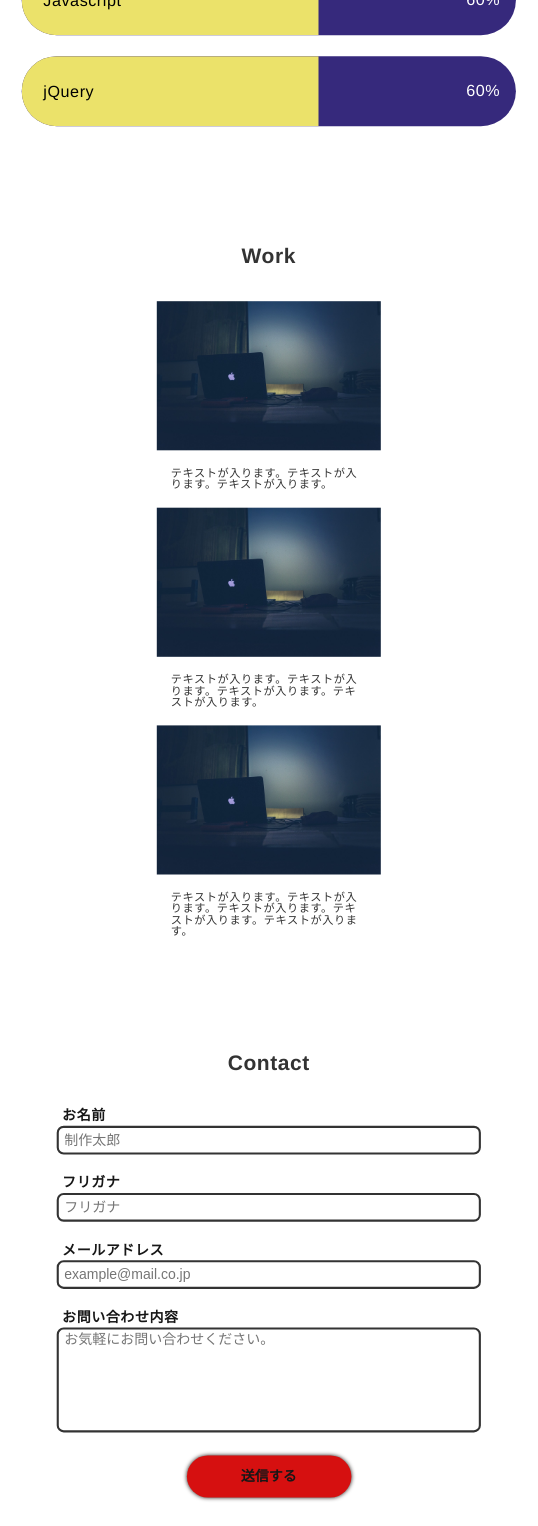
Repository: sadayuki15/portfolio
Page: index.html
An editor plug-in stored every save of this project. The page is shown before and after a run of saves, followed by the edit.
The browser window is 768 px wide. The pictures show the part of the page from y = 2635 to 4875 px (the page is 4815 px tall before and 4875 px after), at 70% of full size.

Above is the page before, as saved 2021-04-26 15:20:00.

### index.html
<!DOCTYPE html>
<html lang="ja">
<head>
  <meta charset="UTF-8">
  <meta http-equiv="X-UA-Compatible" content="IE=edge">
  <meta name="viewport" content="width=device-width, initial-scale=1.0">
  <link rel="stylesheet" href="./css/reset.css">
  <link rel="stylesheet" href="./css/style.css">
  <title>Document</title>
</head>
<body>
  <!-- header -->
  <header class="header">
    <div class="header-inner">
      <h1 class="header-title">PortFolio</h1>
      <nav class="header-nav">
        <ul class="nav-list">
          <li class="nav-item"><a href="#">Home</a></li>
          <li class="nav-item"><a href="#">About</a></li>
          <li class="nav-item"><a href="#">Skil</a></li>
          <li class="nav-item"><a href="#">Work</a></li>
          <li class="nav-item"><a href="#">Contact</a></li>
        </ul>
      </nav>
      <button id="burger-btn">
        <span class="bar bar_top"></span>
        <span class="bar bar_mid"></span>
        <span class="bar bar_bottom"></span>
      </button>
    </div>
  </header>
  <!-- //header -->

  <main>
  <!-- fv -->
  <div class="fv">
    <div class="main-copy">
      <p class="main-title">
        SADAYUKI<br>
        NISIYAMA
      </p>
    </div>
  </div>
  <!-- //fv -->

  <!-- About -->
  <div class="section-wrapper">
    <h2 class="section-title">ABOUT</h2>
    <div class="section-inner about">
      <div class="about-img-wrapper">
        <img calss="ab-img" src="./img/about3.jpg" alt="">
      </div>
      <div class="about-contents">
        <p class="about-text">
          はじめまして、西山禎侑と申します。
        </p>
        <p class="about-text">
          1986年生まれ。鳥取県八頭郡出身。
        </p>
        <p class="about-text">
          地元の大学卒業後、民間企業へ入社。11年間、個人から法人までの営業、事務、企画等（主に金融業務）を経験し退職。
        </p>
        <p class="about-text">
          2021年2月より完全未経験からプログラミングを学習し、フリーランスエンジニアを目指し新たな道へ挑戦。
        </p>
        <p class="about-text">
          目指すは「頼んで良かった」、「またお願いしたい」と言われる人材に。
        </p>
        <p class="about-text">
          コーディング、Webサイト制作のお仕事が可能です。<br>
          お仕事のご相談等、お気軽にお問い合わせ下さい。
        </p>
        <p class="about-text">
          何卒、よろしくお願い致します。
        </p>
      </div>
    </div>
  </div>
  <!-- //About -->

  <!-- skil -->
  <div class="section-wrapper">
    <h2 class="section-title">Skil</h2>
    <div class="section-inner">
      <div class="chart">
        <div id="board">
          <div class="row">
            <span class="label">HTML</span>
            <div class="bar-wrap">
              <div class="bar" data-value="80"></div>
            </div>
            <span class="number">80%</span>
          </div><!-- row -->
          <div class="row">
            <span class="label">CSS</span>
            <div class="bar-wrap">
              <div class="bar" data-value="80"></div>
            </div>
            <span class="number">80%</span>
          </div><!-- row -->
          <div class="row">
            <span class="label">Javascript</span>
            <div class="bar-wrap">
              <div class="bar" data-value="60"></div>
            </div>
            <span class="number">60%</span>
          </div><!-- row -->
          <div class="row">
            <span class="label">jQuery</span>
            <div class="bar-wrap">
              <div class="bar" data-value="60"></div>
            </div>
            <span class="number">60%</span>
          </div><!-- row -->
        </div><!-- board -->
      </div><!-- chart -->
    </div>
  </div>
  <!-- //skil -->

  <!-- works -->
  <div class="section-wrapper">
    <h2 class="section-title">Work</h2>
    <div class="section-inner">
      <ul class="work-list">
        <li class="work-item">
          <a href="">
            <div class="work-img">
              <img src="./img/top2.jpg" alt="">
            </div>
            <p class="work-text">テキストが入ります。テキストが入ります。テキストが入ります。</p>
          </a>
        </li>
        <li class="work-item">
          <a href="">
            <div class="work-img">
              <img src="./img/top2.jpg" alt="">
            </div>
            <p class="work-text">テキストが入ります。テキストが入ります。テキストが入ります。テキストが入ります。</p>
          </a>
        </li>
        <li class="work-item">
          <a href="">
            <div class="work-img">
              <img src="./img/top2.jpg" alt="">
            </div>
            <p class="work-text">テキストが入ります。テキストが入ります。テキストが入ります。テキストが入ります。テキストが入ります。</p>
          </a>
        </li>
      </ul>
    </div>
  </div>
  <!-- //works -->

  <!-- contact -->
  <div class="section-wrapper">
    <h2 class="section-title">Contact</h2>
    <div class="section-inner">
      <form action="https://docs.google.com/forms/u/0/d/e/1FAIpQLSfCjsqzzj8C34UUE0Mi2WnerATBCsd4cWR83YcoPwhWItEpFQ/formResponse">
        <ul class="contact-list">
          <li class="contact-item">
            <label for="name" class="contact-label">お名前</label>
          </li>
          <li class="contact-item">
            <input id="name" class="input-text" type="text" name="entry.32834570" placeholder="制作太郎">
          </li>
        </ul>
        <ul class="contact-list">
          <li class="contact-item">
            <label for="name" class="contact-label">フリガナ</label>
          </li>
          <li class="contact-item">
            <input id="name" class="input-text" type="text" name="entry.382189680" placeholder="フリガナ">
          </li>
        </ul>
        <ul class="contact-list">
          <li class="contact-item">
            <label for="email" class="contact-label">メールアドレス</label>
          </li>
          <li class="contact-item">
            <input id="email" class="input-text" type="text" name="entry.303714741" placeholder="example@mail.co.jp">
          </li>
        </ul>
        <ul class="contact-list">
          <li class="contact-item">
            <label for="msg" class="contact-label">お問い合わせ内容</label>
          </li>
          <li class="contact-item">
            <textarea id="msg" name="entry.1496098719" placeholder="お気軽にお問い合わせください。"></textarea>
          </li>
        </ul>
        <div class="contact-btn">
          <button class="submit-btn" type="submit" name="button" value="送信">送信する</button>
        </div>
      </form>
    </div>
  </div>
  <!-- //contact -->







  </main>



  <script src="jquery-3.6.0.min.js"></script>
  <script src="index.js"></script>
</body>
</html>

### css/style.css
html {
  font-size: 62.5%;
}
body {
  font-size: 1.6rem;
  letter-spacing: .05em;
  color: #171717;
  font-family: Helvetica, '游ゴシック', 'Yu Gothic', YuGothic, HiraKakuProN-W3, 'メイリオ', Meiryo, sans-serif;
}
ul {
  text-decoration: none;
}
li {
  list-style: none;
}
a {
  text-decoration: none;
}
img {
  width: 100%;
  vertical-align: bottom;
}
/*-------共通-------*/
.section-wrapper {
  padding: 100px 0 100px;
  margin-bottom: 50px;
}
.section-title{
  max-width: 1000px;
  color: #333;
  font-size: 6rem;
  margin: 0 auto 80px;
  padding: 0 30px;
  text-align: center;
}
.section-inner {
  max-width: 1000px;
  margin: 0 auto;
  padding: 0 50px;
}


/*-------header-------*/
.header {
  width: 100%;
  padding: 19px 30px;
  position: absolute;
  top: 0;
  left: 0;
  z-index: 1;
  transition: .3s;
  color: #fff;
  box-sizing: border-box;
}
.header-inner {
  max-width: 1200px;
  margin: 0 auto;
  display: flex;
  justify-content: space-between;
  align-items: center;
  box-sizing: border-box;
}
.header-title {
  font-size: 2.6rem;
}
.nav-list {
  display: flex;
}
.nav-item a {
  display: block;
  color: #fff;
  font-weight: bold;
  text-decoration: none;
  transition: .3s;
}
.nav-item {
  margin-right: 30px;
}
.nav-item:last-of-type {
  margin-right: 0;
}
.nav-item a:hover {
  opacity: .7;
  transition: .3s;
  text-decoration: 3px underline;
}
#burger-btn {
  display: none;
}

/*-------fv-------*/
.fv {
  width: 100%;
  height: 100vh;
  min-height: 550px;
  background-image: url(../img/fv-top.jpg);
  background-size: cover;
  background-position: center;
  /* position: relative; */
}
.main-copy {
  position: absolute;
  bottom: 19%;
  left: 8.3%;
  color: #fff;
  font-weight: bold;
}
.main-title{
  font-size: 10vw;
  text-align: center;
}

.about{
  display: flex;
  justify-content: space-between;
}
.about-img-wrapper {
  max-width: 400px;
  margin-right: 20px;
}
.ab-img {
  width: 100%;
}
.about-text {
  max-width: 500px;
  margin-bottom: 30px;
  line-height: 1.8;
  font-weight: bold;
}

/*-------skil-------*/
.content {
  width: 100%;
  height: 200px;
  line-height: 200px;
  text-align: center;
}
.chart {
  max-width: 1000px;
  margin: 0 auto;
}
.chart .row {
  position: relative;
  height: 100px;
  margin-bottom: 25px;
}
.chart .row span {
  color: #000;
  font-size: 1.8rem;
}
.chart .row span.label {
  position: absolute;
  top: 35px;
  left: 3%;
  padding-left: 10px;
  text-align: left;
  line-height: 30px;
  z-index: 10;
}
.chart .row .bar-wrap {
  position: relative;
  background: #36297c;
  width: 100%;
  height: 100%;
  overflow: hidden;
  border-radius: 50px;
}
.chart .row .bar-wrap .bar {
  position: absolute;
  top: 0;
  left: 0;
  height: 100%;
  background: #ebe26a;
  transition: all 1s;
  transform: translateX(-100%);
}
.chart .row .bar-wrap .bar.no {
  transform: translateX(0%);
}
.chart .row span.number {
  position: absolute;
  top: 35px;
  right: 3%;
  width: 40px;
  padding-right: 10px;
  text-align: right;
  line-height: 28px;
  z-index: 10;
  color: #fff;
}

/*-------work-------*/
.work-list {
  max-width: 1000px;
  margin: 0 auto;
  display: flex;
  justify-content: space-between;
}
.work-item {
  width: 32%;
}
.work-item a {
  color: #333;
}
.work-text {
  padding: 25px 20px;
}

/*-------contact-------*/
.contact-list {
  max-width: 700px;
  margin: 0 auto 30px;
  padding: 0 50px;
}
.contact-item {
  margin-bottom: 5px;
}
.contact-item:last-of-type {
  margin-bottom: 0;
}
.contact-label {
  display: block;
  font-weight: bold;
  font-size: 20px;
  padding: 0 8px;
}
input,textarea {
  resize: none;
  appearance: none;
  -webkit-appearance: none;
  outline: none;
  border: 3px solid #333;
  width: 100%;
  color: #333;
  box-sizing: border-box;
  border-radius: 10px;
  font-size: 20px;
}
.input-text {
  padding: 0 8px;
  line-height: 35px;
}
.input-text:focus {
  background-color: #eaf6fd;
}
textarea {
  height: 150px;
  padding: 0 8px;
  line-height: 30px;
}
textarea:focus {
  background-color: #eaf6fd;
}
.contact-btn {
  text-align: center;
  max-width: 700px;
  margin: 0 auto;
}
button {
  background-color: transparent;
  border: none;
  cursor: pointer;
  outline: none;
  padding: 0;
  appearance: none;
}
.submit-btn {
  display: block;
  width: 235px;
  line-height: 60px;
  margin: 0 auto;
  background-color: #d61010;
  box-shadow: 0 0 6px #1B1310;
  border-radius: 30px;
  text-align: center;
  color: #171717;
  font-weight: bold;
  transition: .3s;
  border: none;
  font-size: 20px;
}
.submit-btn:hover {
  opacity: .9;
  transition: .3s;
  cursor: pointer;
}

/*-------media-------*/
@media screen and (min-width: 1000px) {
  .chart .row {
    margin-bottom: 30px;
  }
  .chart .row span {
    color: #000;
    font-size: 3rem;
  }
}

@media screen and (max-width: 1000px) {
  .chart .row {
    margin-bottom: 30px;
  }
  .chart .row span {
    color: #000;
    font-size: 3vw;
  }
}

@media screen and (max-width:768px) {
  /*-------- base_sp -------*/
  .section-wrapper {
    padding: 100px 0 40px;
    margin-bottom: 0;
  }
  .section-title {
    padding: 0 4vw;
    font-size: 3rem;
    margin-bottom: 50px;
  }
  .section-title:after {
    width: 90px;
  }
  .section-inner {
    padding: 0 4vw;
  }

  /*-------- header -------*/
  .header-nav {
    position: fixed;
    top: -110%;
    left: 0;
    right: 0;
    width: 100%;
    height: 100vh;
    background: rgba(0,0,0,0.9);
    color: #ffffff;
    display: flex;
    align-items: center;
    justify-content: center;

    /* 上からスライド */
    transition: top 0.5s;
  }
  .nav-list {
    display: block;
  }
  .nav-item {
    margin-bottom: 20px;
  }

#burger-btn .bar {
  display: block;
  background-color: #fff;
  width: 30px;
  height: 3px;
  transition: .3s;
}
.bar_top,
.bar_mid {
  margin-bottom: 8px;
}

#burger-btn.cross .bar_top {
  transform: rotate(45deg) translate(8px,8px);
  transition: .3s;
}
#burger-btn.cross .bar_mid {
  opacity: 0;
  transition: .3s;
}
#burger-btn.cross .bar_bottom {
  transform: rotate(-45deg) translate(8px,-8px);
  transition: .3s;
}
body.noscroll {
  overflow: hidden;
}

/* ナビゲーションボタン（開く） */
#burger-btn{
  display: block;
  top: 15px;
  padding: 0;
  outline: none;
  border: none;
  background: none;
  width: 30px;
  height: 20px;
  cursor: pointer;
}
.open .header-nav{
  top: 0;
}
.open #burger-btn{
  z-index: 100;
}

/*-------- fv -------*/
.main-copy {
  top: 60%;
  left: 50%;
  transform: translate(-60%,-50%);
}
.main-title {
  font-size: 11vw;
  white-space: nowrap;
}

/*-------- fv -------*/
.about {
  display: block;
}
.about-img-wrapper {
  max-width: 100%;
  margin-right: 0;
  margin-bottom: 30px;
}
.about-text {
  text-align: center;
  margin: 0 auto;
  margin-bottom: 20px;
}

/*-------- fv -------*/
.work-list {
  display: block;
  padding: 0 4vw;
}
.work-item {
  width: 320px;
  max-width: 100%;
  margin: 0 auto;
}

}

### index.js
function generateChart(wrapper) {
  let values = [];

  $(wrapper + ' .bar').each(function(index, el) {
    values.push($(this).data('value'));
  });

  $(wrapper + ' .bar').each(function(index, el) {
    let bar = $(this);
    let value = bar.data('value');

    bar.width(value + '%');

    let board = $('#board');
    let boardO = board.offset().top;
    let boardH = board.height();
    let windowH = $(window).height();
    let windowS = $(window).scrollTop();

    if(windowS > boardO - windowH + (windowH / 2) && windowS < boardO + boardH - (boardH / 2)){
      bar.addClass('no');
    }
  });
}

$(window).on('scroll', function(event) {
  generateChart('#board');
});

document.getElementById("burger-btn").onclick = function(){
  document.querySelector('html').classList.toggle('open');
  $(this).toggleClass('cross');
  $('body').toggleClass('noscroll');
}

Loaded but not shown: css/reset.css (common file); jquery-3.6.0.min.js (library)

After the next 2 saves:
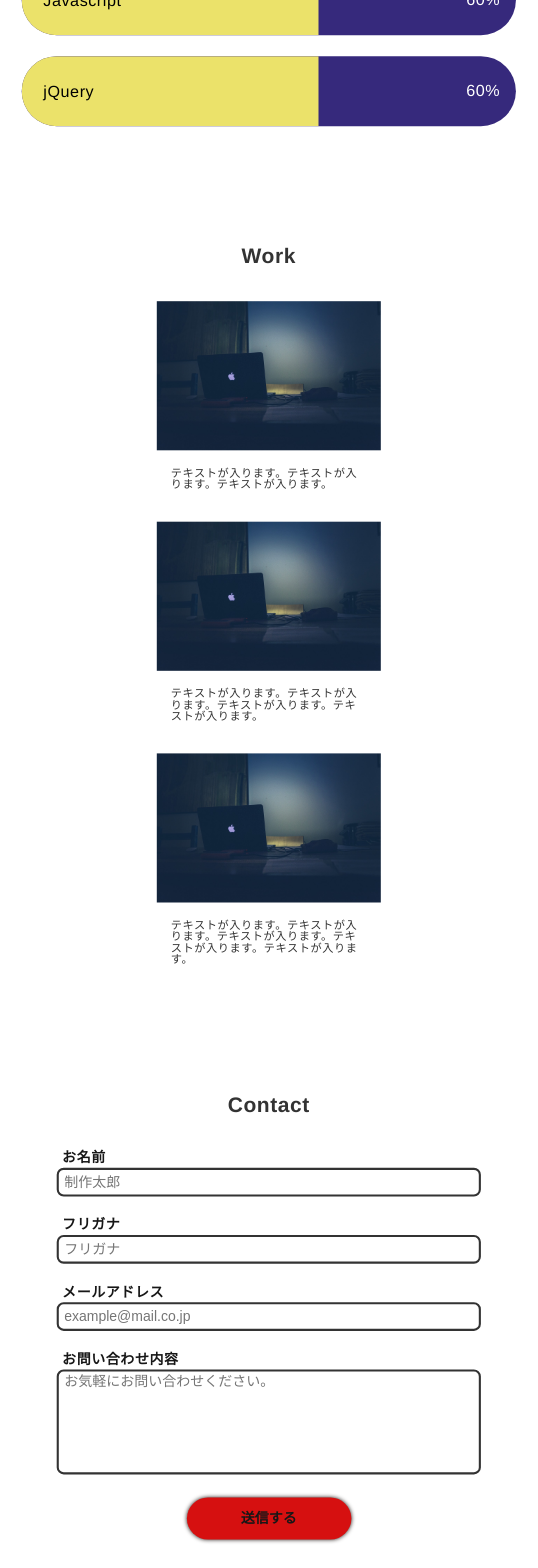
The 2 saves are shown as one change because they came seconds apart.
The last was saved 66 s later.
--- a/css/style.css
+++ b/css/style.css
@@ -429,7 +429,7 @@ body.noscroll {
 .work-item {
   width: 320px;
   max-width: 100%;
-  margin: 0 auto;
-}
-
-}
+  margin: 0 auto 20px;
+}
+
+}
